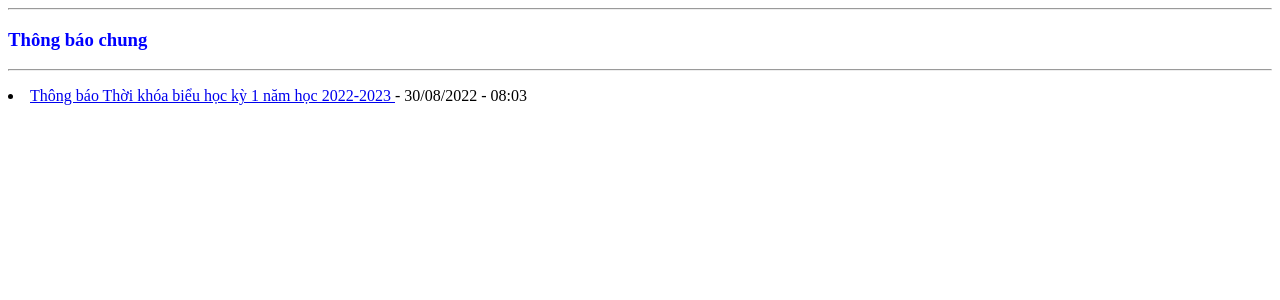
Repository: HoangDuy315/web-dev2022
Page: ex3.html
An editor plug-in stored every save of this project. The page is shown before and after the next save, followed by the edit.
The browser window is 1280 px wide. The pictures show the whole page.

Above is the page before, as saved 2022-09-22 15:42:53.

After the next save:
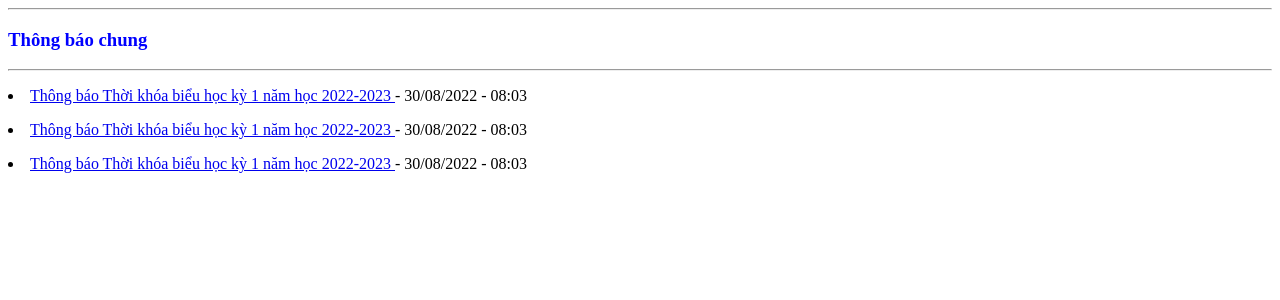
Saved 75 s later.
--- a/ex3.html
+++ b/ex3.html
@@ -29,6 +29,19 @@
             </li>
         <p>
 
+
+        <p>
+            <li>
+            <a href="https://student.uit.edu.vn/thongbao/thong-bao-thoi-khoa-bieu-hoc-ky-1-nam-hoc-2022-2023">Thông báo Thời khóa biểu học kỳ 1 năm học 2022-2023 </a>- 30/08/2022 - 08:03</a>
+            </li>
+        <p>
+
+        <p>
+            <li>
+                <a href="https://student.uit.edu.vn/thongbao/thong-bao-thoi-khoa-bieu-hoc-ky-1-nam-hoc-2022-2023">Thông báo Thời khóa biểu học kỳ 1 năm học 2022-2023 </a>- 30/08/2022 - 08:03</a>
+            </li>
+        <p>
+
     </hr>
 
 </body>
